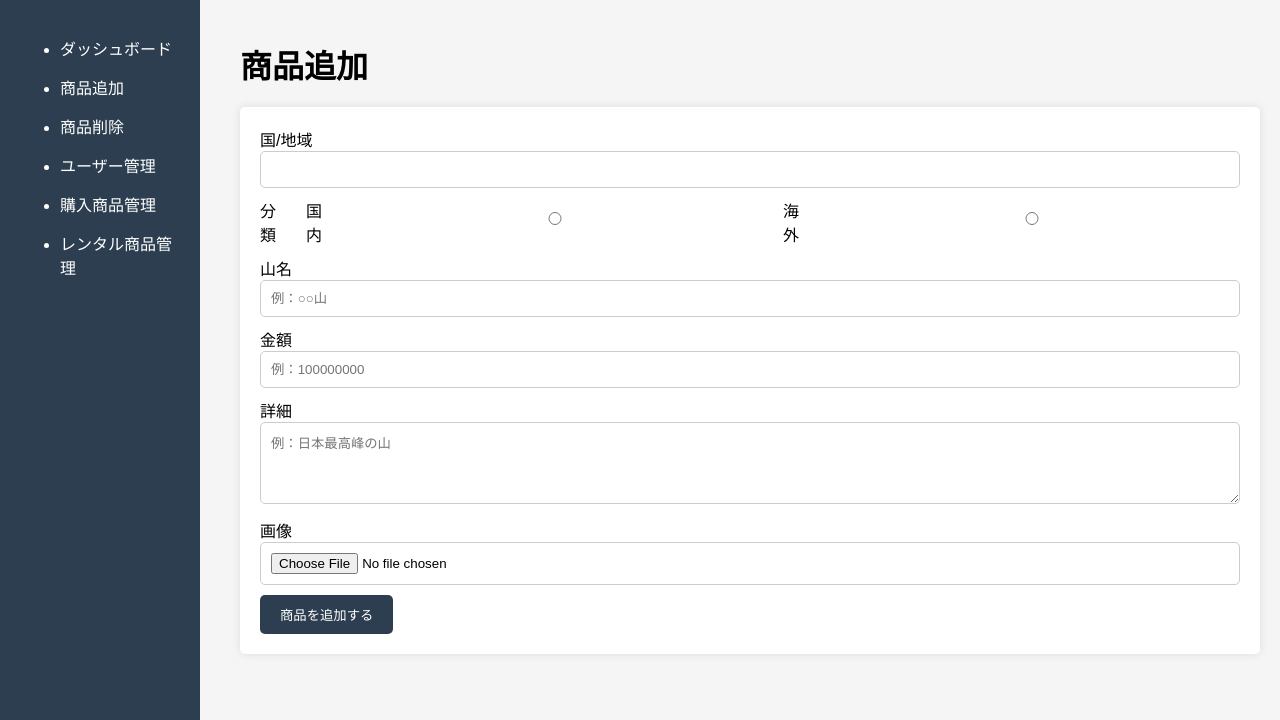
Repository: magome112/Oasis2024920
Page: http://localhost/_12_kanri.shohin.php
The author's editor kept a copy of each file at every save. The page is drawn from the files as they stood at one save, then again after the next save.
The browser window is 1280 px wide. The pictures show the whole page.
The page is run by PHP 8.4 with error messages shown; the project is at /var/www/html/.

Above is the page before, as saved 2024-12-06 12:25:48.

### _12_kanri.shohin.php
<?php
// データベース接続設定
$host = 'mysql306.phy.lolipop.lan';
$dbname = 'LAA1602729-oasis';
$user = 'LAA1602729';
$password = 'oasis5';

try {
    $pdo = new PDO("mysql:host=$host;dbname=$dbname;charset=utf8", $user, $password);
    $pdo->setAttribute(PDO::ATTR_ERRMODE, PDO::ERRMODE_EXCEPTION);
} catch (PDOException $e) {
    echo "データベース接続エラー: " . $e->getMessage();
    exit;
}

// フォーム送信処理
if ($_SERVER['REQUEST_METHOD'] === 'POST') {
    $errors = [];

    // 必須項目のチェック
    $yama_name = trim($_POST['yama_name'] ?? '');
    $country_name = trim($_POST['country_name'] ?? '');
    $Region = $_POST['Region'] ?? null;
    $price = $_POST['price'] ?? '';
    $yama_info = trim($_POST['yama_info'] ?? '');
    $yama_img = '';

    if (empty($yama_name)) $errors[] = "山名を入力してください。";
    if (empty($country_name)) $errors[] = "国/地域を入力してください。";
    if ($Region === null) $errors[] = "分類を選択してください。";
    if (empty($price) || !is_numeric($price)) $errors[] = "金額を正しく入力してください。";
    if (empty($yama_info)) $errors[] = "詳細を入力してください。";

    // 画像のアップロード処理
    if (isset($_FILES['yama_img']) && $_FILES['yama_img']['error'] === UPLOAD_ERR_OK) {
        $upload_dir = 'uploads/';
        $yama_img = $upload_dir . basename($_FILES['yama_img']['name']);
        if (!move_uploaded_file($_FILES['yama_img']['tmp_name'], $yama_img)) {
            $errors[] = "画像アップロードに失敗しました。";
        }
    }

    // エラーがある場合は表示して処理終了
    if (!empty($errors)) {
        foreach ($errors as $error) {
            echo "<p style='color:red;'>$error</p>";
        }
        exit;
    }

    // データベースに挿入
    try {
        $stmt = $pdo->prepare("INSERT INTO Oasis_yama (yama_name, country_name, Region, price, yama_img, yama_info)
                               VALUES (:yama_name, :country_name, :Region, :price, :yama_img, :yama_info)");
        $stmt->bindParam(':yama_name', $yama_name);
        $stmt->bindParam(':country_name', $country_name);
        $stmt->bindParam(':Region', $Region);
        $stmt->bindParam(':price', $price);
        $stmt->bindParam(':yama_img', $yama_img);
        $stmt->bindParam(':yama_info', $yama_info);
        $stmt->execute();

        echo "<p style='color:green;'>商品が追加されました！</p>";
    } catch (PDOException $e) {
        echo "<p style='color:red;'>データベースエラー: " . $e->getMessage() . "</p>";
    }
}
?>

<!DOCTYPE html>
<html lang="ja">
<head>
    <meta charset="UTF-8">
    <meta name="viewport" content="width=device-width, initial-scale=1.0">
    <title>商品追加</title>
    <style>
        body {
            font-family: Arial, sans-serif;
            margin: 0;
            padding: 0;
            background-color: #f5f5f5;
        }
        .sidebar {
            width: 200px;
            background-color: #2c3e50;
            color: #fff;
            height: 100vh;
            position: fixed;
            top: 0;
            left: 0;
            padding: 20px;
            box-sizing: border-box;
        }
        .sidebar h3 {
            margin-bottom: 30px;
        }
        .sidebar a {
            color: #fff;
            text-decoration: none;
            display: block;
            margin-bottom: 15px;
        }
        .main-content {
            margin-left: 220px;
            padding: 20px;
        }
        h1 {
            margin-bottom: 20px;
        }
        form {
            background-color: #fff;
            padding: 20px;
            border-radius: 5px;
            box-shadow: 0 0 10px rgba(0, 0, 0, 0.1);
        }
        input, textarea {
            width: 100%;
            padding: 10px;
            margin-bottom: 10px;
            border: 1px solid #ccc;
            border-radius: 5px;
            box-sizing: border-box;
        }

        .radio-group {
            display: flex; /* 横並びに整列 */
            align-items: center; /* 垂直方向の中央揃え */
            gap: 20px; /* ラジオボタン間のスペース */
            margin-bottom: 10px;
        }

        .radio-group label {
            display: inline-block; /* ラベルをインラインブロックとして表示 */
            margin-right: 10px; /* ラベルとラジオボタンの間隔 */
        }

        .radio-group input[type="radio"] {
            display: inline-block; /* ラジオボタンをインラインブロックとして表示 */
            margin-right: 5px; /* ラジオボタンとテキスト間の余白 */
            margin-left: 0; /* ラジオボタンの左側の余白をゼロに */
        }



        button {
            background-color: #2c3e50;
            color: #fff;
            border: none;
            padding: 10px 20px;
            cursor: pointer;
            border-radius: 5px;
        }
        button:hover {
            background-color: #34495e;
        }
    </style>
</head>
<body>
<div class="sidebar">
    <ul>
        <li><a>ダッシュボード</a></li>
        <li><a href="_12_kanri.shohin.php">商品追加</a></li>
        <li><a href="_13_kanri.shohindel.php">商品削除</a></li>
        <li><a href="_14_kanri.user.php">ユーザー管理</a></li>
        <li><a href="_15_kanri.add.shohin.php">購入商品管理</a></li>
        <li><a href="_16_kanri.add.rental.php">レンタル商品管理</a></li>
    </ul>
</div>

<div class="main-content">
    <h1>商品追加</h1>
    <form method="POST" enctype="multipart/form-data">

        <label for="country_name">国/地域</label>
        <input type="text" name="country_name" id="country_name" required>

        <div class="radio-group">
            <label for="region">分類</label>
            <label for="domestic">国内</label>
            <input type="radio" name="region" value="0" id="domestic" required>
            <label for="overseas">海外</label>
            <input type="radio" name="region" value="1" id="overseas">
        </div>




        <label for="yama_name">山名</label>
        <input type="text" name="yama_name" id="yama_name" placeholder="例：○○山" required>

        <label for="price">金額</label>
        <input type="number" name="price" id="price" placeholder="例：100000000" required>

        <label for="yama_info">詳細</label>
        <textarea name="yama_info" id="yama_info" placeholder="例：日本最高峰の山" rows="4" required></textarea>

        <label for="yama_img">画像</label>
        <input type="file" name="yama_img" id="yama_img" accept="image/*" required>

        <button type="submit">商品を追加する</button>
    </form>
</div>
</body>
</html>

After the next save:
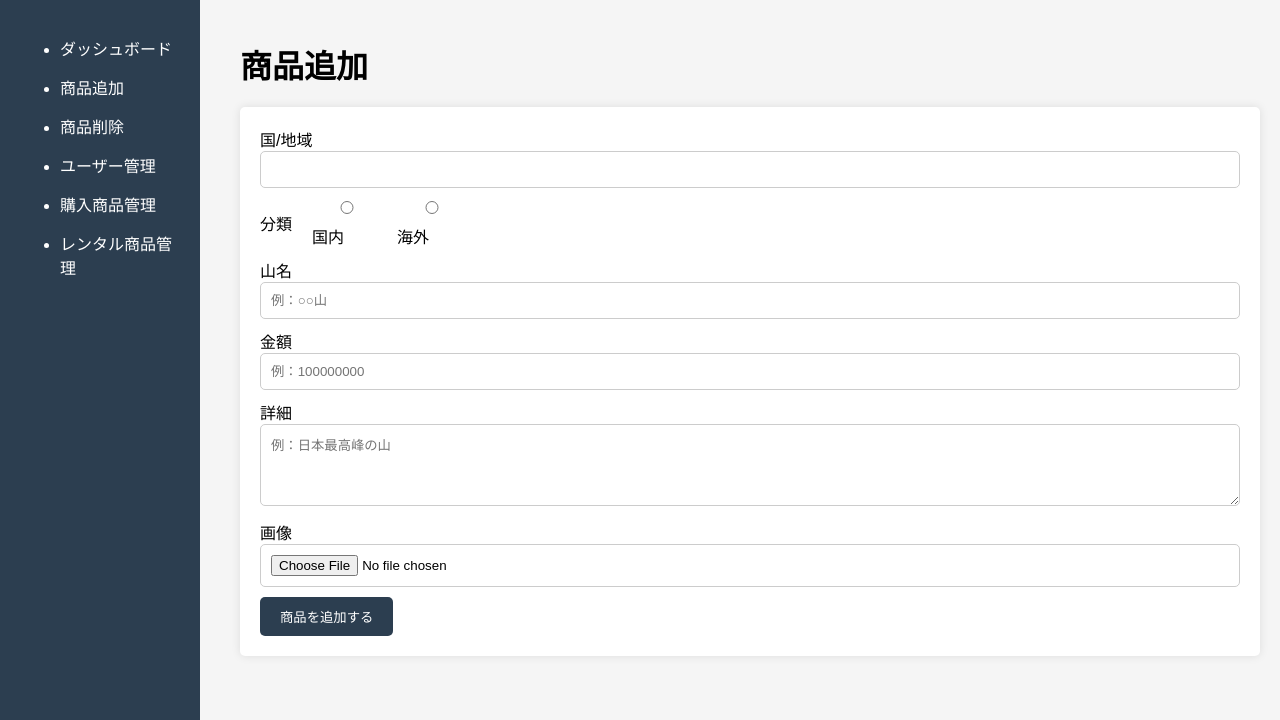
Saved 81 s later.
--- a/_12_kanri.shohin.php
+++ b/_12_kanri.shohin.php
@@ -113,7 +113,7 @@ if ($_SERVER['REQUEST_METHOD'] === 'POST') {
             border-radius: 5px;
             box-shadow: 0 0 10px rgba(0, 0, 0, 0.1);
         }
-        input, textarea {
+                input, textarea {
             width: 100%;
             padding: 10px;
             margin-bottom: 10px;
@@ -125,22 +125,23 @@ if ($_SERVER['REQUEST_METHOD'] === 'POST') {
         .radio-group {
             display: flex; /* 横並びに整列 */
             align-items: center; /* 垂直方向の中央揃え */
-            gap: 20px; /* ラジオボタン間のスペース */
             margin-bottom: 10px;
         }
 
         .radio-group label {
-            display: inline-block; /* ラベルをインラインブロックとして表示 */
-            margin-right: 10px; /* ラベルとラジオボタンの間隔 */
+            margin-right: 20px; /* ラベルとボタン間のスペース */
+            font-weight: normal; /* ラベルの太字を解除 */
         }
 
         .radio-group input[type="radio"] {
-            display: inline-block; /* ラジオボタンをインラインブロックとして表示 */
-            margin-right: 5px; /* ラジオボタンとテキスト間の余白 */
-            margin-left: 0; /* ラジオボタンの左側の余白をゼロに */
-        }
-
-
+            margin-right: 5px; /* ラジオボタンとテキストの間隔を調整 */
+            margin-left: 0; /* 不要な余白をゼロに設定 */
+        }
+
+        .radio-group span {
+            display: inline-block;
+            margin-right: 15px;
+        }
 
         button {
             background-color: #2c3e50;
@@ -175,15 +176,10 @@ if ($_SERVER['REQUEST_METHOD'] === 'POST') {
         <input type="text" name="country_name" id="country_name" required>
 
         <div class="radio-group">
-            <label for="region">分類</label>
-            <label for="domestic">国内</label>
-            <input type="radio" name="region" value="0" id="domestic" required>
-            <label for="overseas">海外</label>
-            <input type="radio" name="region" value="1" id="overseas">
+            <label>分類</label>
+            <span><input type="radio" name="Region" value="0" id="domestic" required><label for="domestic">国内</label></span>
+            <span><input type="radio" name="Region" value="1" id="overseas"><label for="overseas">海外</label></span>
         </div>
-
-
-
 
         <label for="yama_name">山名</label>
         <input type="text" name="yama_name" id="yama_name" placeholder="例：○○山" required>
